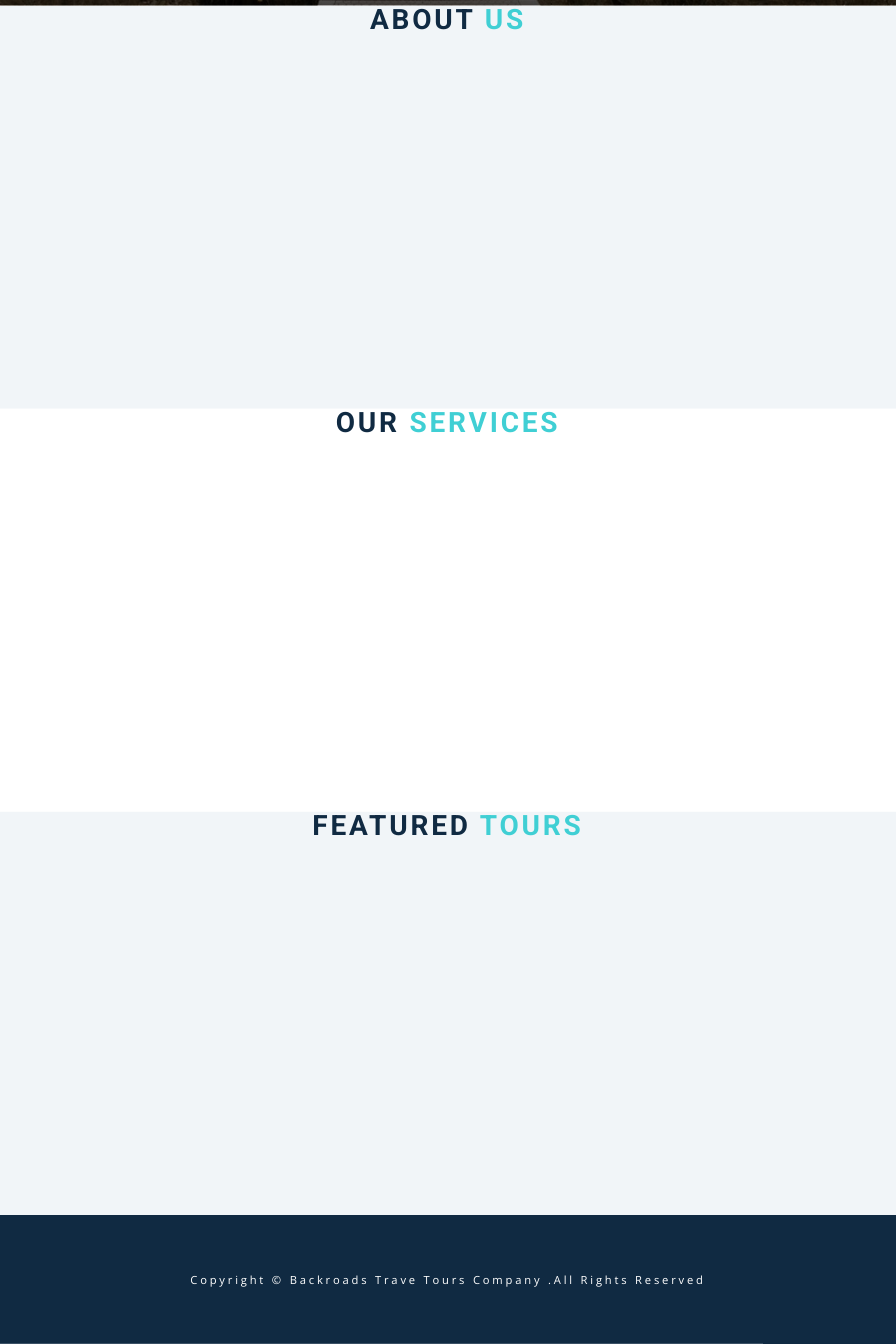
Repository: spidero7/Scroll
Page: index.html
An editor plug-in stored every save of this project. The page is shown before and after the next save, followed by the edit.
The browser window is 1280 px wide. The pictures show the part of the page from y = 794 to 2714 px (the page is 2714 px tall), at 70% of full size.
Some web libraries are served in a nearby version.

Above is the page before, as saved 2021-10-07 07:55:31.

After the next save:
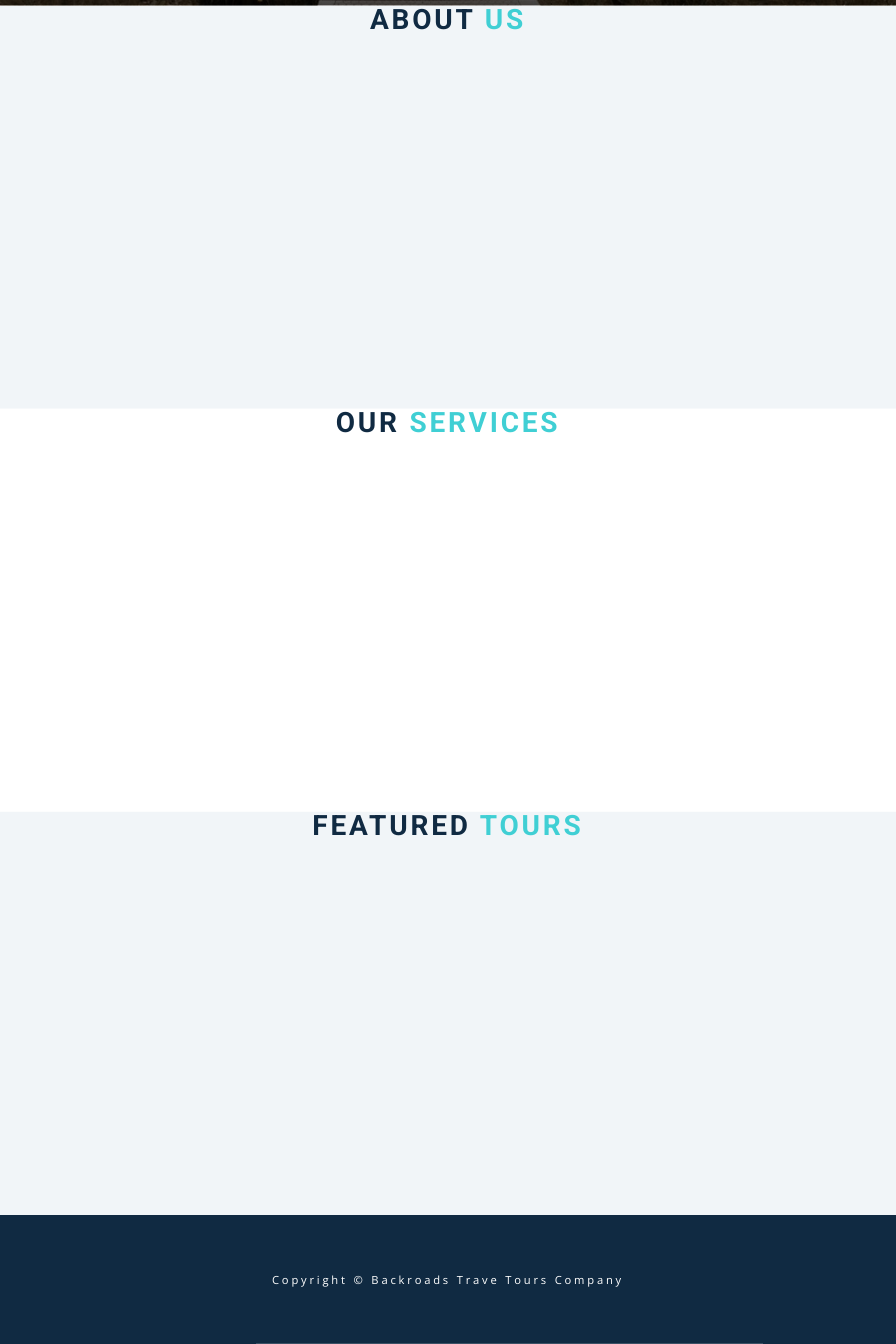
Saved 15 s later.
--- a/index.html
+++ b/index.html
@@ -77,7 +77,6 @@
     <footer class="section">
         <p>
             copyright &copy; backroads trave tours company
-            <span>.all rights reserved</span>
         </p>
     </footer>
     <script src="app.js"></script>
